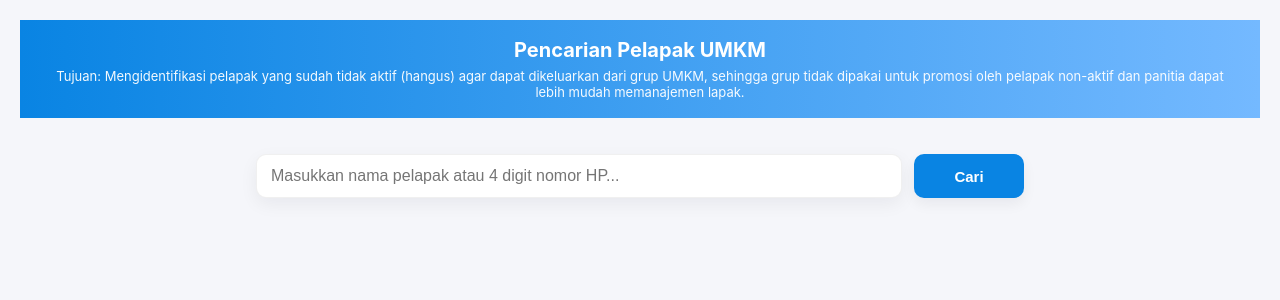
Repository: pasarrakyatbak/ceklapak
Page: index.html
These files come from the project's save history. The page is drawn as it stood at one moment and after the next save; the edit follows.
The browser window is 1280 px wide. The pictures show the whole page.

Above is the page before, as saved 2025-11-19 05:34:29.
Console error: TypeError: Cannot set properties of null (setting 'checked')

After the next save:
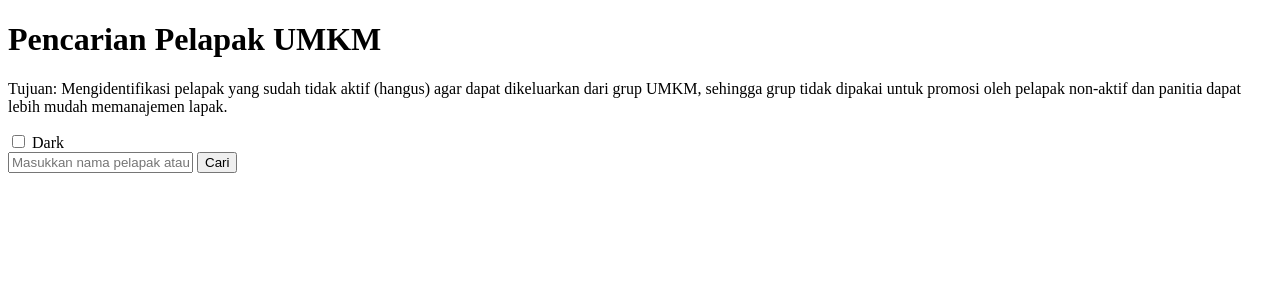
The error is gone.
Not found: app-dark.js
Not found: style-dark.css
Saved 11 s later.
--- a/index.html
+++ b/index.html
@@ -5,27 +5,41 @@
     <meta charset="UTF-8" />
     <meta name="viewport" content="width=device-width, initial-scale=1.0" />
     <title>Pencarian Pelapak UMKM</title>
-    <link rel="stylesheet" href="style.css" />
+    <link rel="stylesheet" href="style-dark.css" />
 </head>
 
 <body>
     <header>
-        <h1>Pencarian Pelapak UMKM</h1>
-        <p class="desc">Tujuan: Mengidentifikasi pelapak yang sudah tidak aktif (hangus) agar dapat dikeluarkan dari
-            grup UMKM, sehingga grup tidak dipakai untuk promosi oleh pelapak non-aktif dan panitia dapat lebih mudah
-            memanajemen lapak.</p>
+        <div class="header-inner">
+            <div>
+                <h1>Pencarian Pelapak UMKM</h1>
+                <p class="desc">Tujuan: Mengidentifikasi pelapak yang sudah tidak aktif (hangus) agar dapat dikeluarkan
+                    dari grup UMKM, sehingga grup tidak dipakai untuk promosi oleh pelapak non-aktif dan panitia dapat
+                    lebih mudah memanajemen lapak.</p>
+            </div>
+
+            <div class="controls">
+                <label class="theme-toggle">
+                    <input id="themeToggle" type="checkbox" aria-label="Toggle dark mode" />
+                    <span>Dark</span>
+                </label>
+            </div>
+        </div>
     </header>
 
     <main>
-        <div class="search-box">
-            <input type="text" id="queryInput" placeholder="Masukkan nama pelapak atau 4 digit nomor HP..." />
-            <button id="searchBtn">Cari</button>
+        <div class="container">
+            <div class="search-box">
+                <input type="text" id="queryInput" placeholder="Masukkan nama pelapak atau 4 digit nomor HP..."
+                    autocomplete="off" />
+                <button id="searchBtn">Cari</button>
+            </div>
+
+            <div id="resultBox" class="result-box hidden" role="region" aria-live="polite"></div>
         </div>
-
-        <div id="resultBox" class="result-box hidden"></div>
     </main>
 
-    <script src="app.js"></script>
+    <script src="app-dark.js"></script>
 </body>
 
 </html>
